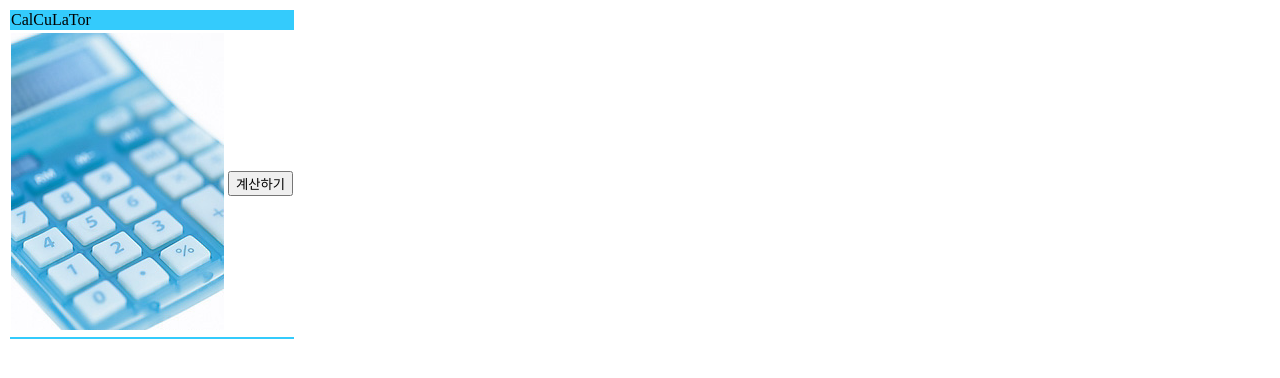
Repository: gyungmean/2020_2_webProgramming
Page: week3/week3/WebContent/Practice06/Practice06.html
These files come from the project's save history. The page is drawn as it stood at one moment and after the next save; the edit follows.
The browser window is 1280 px wide. The pictures show the whole page.

Above is the page before, as saved 2020-09-27 15:57:12.

### week3/week3/WebContent/Practice06/Practice06.html
<!-- 컴퓨터학과 20190941 김경민 -->
<!-- 최적 실행화면 :  -->
<!DOCTYPE html>
<html>
<head>
	<title>계산기</title>
	<style>
		tr.blue{
			background-color: #34CBFC;
		}
	</style>
	<script type="text/javascript">
			function calc() {
				var exp = prompt('계산할 수식을 입력하세요');
				if(exp == null){
					return;
				}
				var result = eval(exp);
				alert(result);
			}
		</script>
</head>
<body>
	<table>
		<tr class="blue">
			<td colspan="2">CalCuLaTor</td>
		</tr>
		<tr>
			<td><img src="image/cal.jpg"></td>
			<td><input type="button" value="계산하기" onClick="calc()"></td>
		</tr>
		<tr class="blue">
			<td colspan="2"></td>
		</tr>
	</table>
</body>
</html>

After the next save:
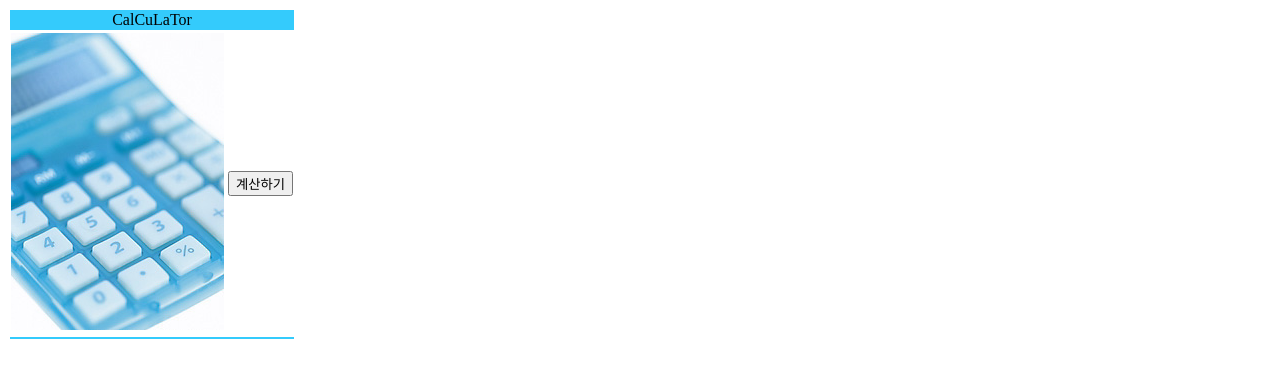
Saved 32 s later.
--- a/week3/week3/WebContent/Practice06/Practice06.html
+++ b/week3/week3/WebContent/Practice06/Practice06.html
@@ -5,6 +5,10 @@
 <head>
 	<title>계산기</title>
 	<style>
+		tr{
+			text-align: center;
+		}
+
 		tr.blue{
 			background-color: #34CBFC;
 		}
